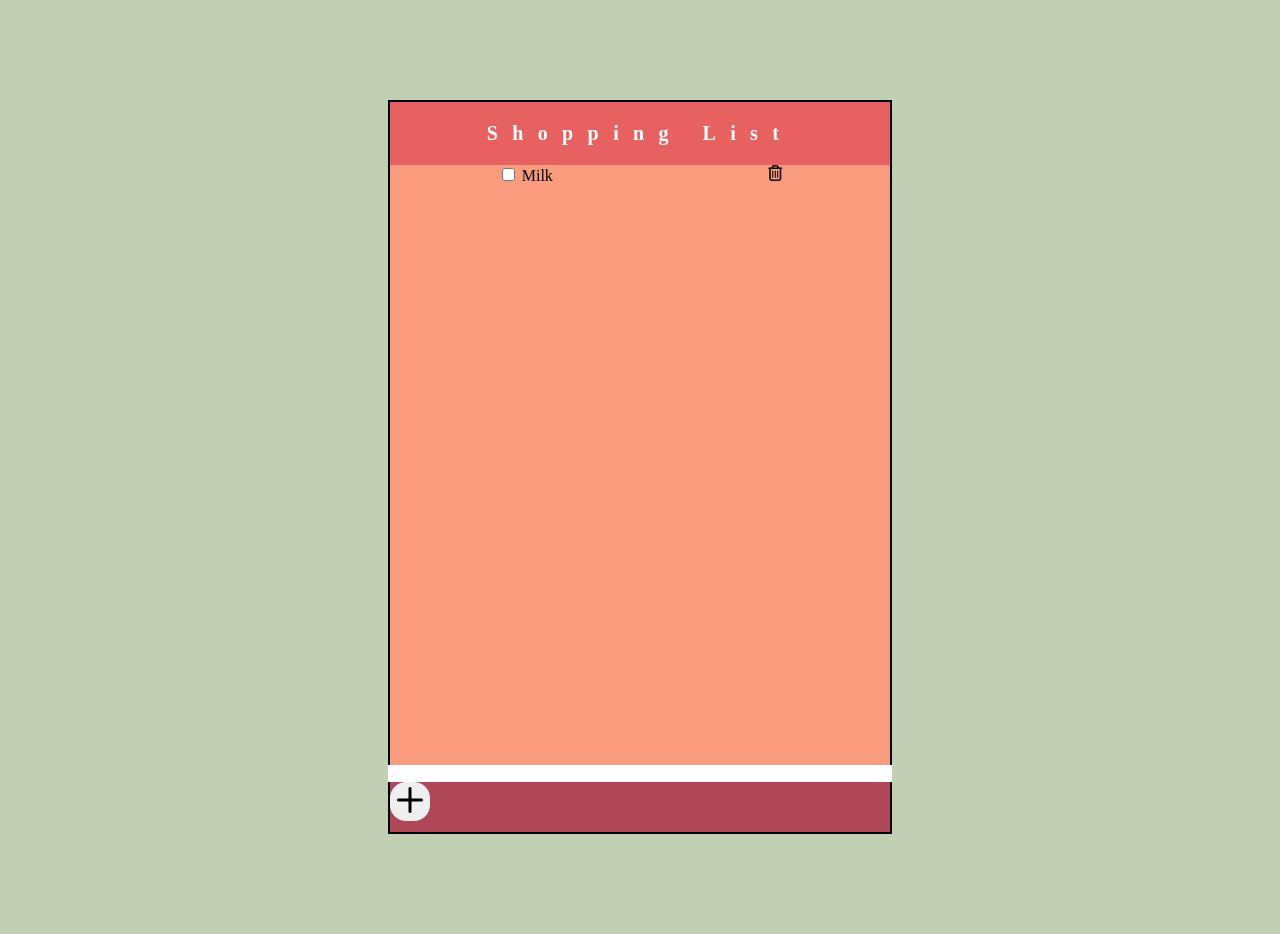
Repository: sephinejo/shopping-list-app
Page: index.html
An editor plug-in stored every save of this project. The page is shown before and after the next save, followed by the edit.
The browser window is 1280 px wide. The pictures show the whole page.
Some web fonts or font styles are not loaded; a fallback is used. Some web libraries are served in a nearby version.

Above is the page before, as saved 2023-05-11 22:32:43.

### index.html
<!DOCTYPE html>
<html lang="en">
  <head>
    <meta charset="UTF-8" />
    <meta http-equiv="X-UA-Compatible" content="IE=edge" />
    <meta name="viewport" content="width=device-width, initial-scale=1.0" />
    <title>Shopping List 🛍️🛒</title>
    <link rel="preconnect" href="https://fonts.googleapis.com" />
    <link rel="preconnect" href="https://fonts.gstatic.com" crossorigin />
    <link rel="preconnect" href="https://fonts.googleapis.com" />
    <link rel="preconnect" href="https://fonts.gstatic.com" crossorigin />
    <link rel="preconnect" href="https://fonts.googleapis.com" />
    <link rel="preconnect" href="https://fonts.gstatic.com" crossorigin />
    <link rel="preconnect" href="https://fonts.googleapis.com" />
    <link rel="preconnect" href="https://fonts.gstatic.com" crossorigin />
    <link
      href="https://fonts.googleapis.com/css2?family=Alice&family=Open+Sans:wght@300;400;700;800&family=Raleway:wght@400;600;700;800&family=Roboto+Mono:wght@300;400;500;700&family=Roboto:wght@400;500&family=Ubuntu:wght@400;700&display=swap"
      rel="stylesheet"
    />
    <script
      src="https://kit.fontawesome.com/9ac80604cb.js"
      crossorigin="anonymous"
    ></script>
    <link rel="stylesheet" href="style.css" />
    <script src="main.js" defer></script>
  </head>
  <body>
    <div class="container">
      <header>
        <p class="title">Shopping List</p>
      </header>
      <main>
        <ul class="items">
          <li class="item">
            <div class="item__title">
              <input class="checkbox" type="checkbox" />
              <label for="item__name">Milk</label>
            </div>
            <div class="item__delete">
              <i class="fa-regular fa-trash-can"></i>
            </div>
          </li>
        </ul>
      </main>
      <input class="input" type="text" />
      <footer>
        <button class="add">
          <i class="fa-regular fa-plus"></i>
        </button>
      </footer>
    </div>
  </body>
</html>

### style.css
body {
  margin: 0 auto;
  background-color: #c1d0b5;
}

.container {
  margin: 100px auto;
  width: 500px;
  border: 2px solid black;
  display: flex;
  flex-direction: column;
  align-items: center;
}

header {
  width: 100%;
  text-align: center;
  font-family: 'Alice';
  color: white;
  letter-spacing: 0.9rem;
  font-weight: 700;
  font-size: 20px;
  background-color: #e76161;
}

main {
  background-color: #f99b7d;
  width: 100%;
  height: 600px;
}

ul {
  margin: 0;
  padding: 0;
}

li {
  list-style: none;
  display: flex;
  justify-content: space-around;
}

.input {
  width: 100%;
  border-style: none;
}

footer {
  height: 50px;
  background-color: #b04759;
  width: 100%;
}

button {
  border-style: none;
  border-radius: 1rem;
  cursor: pointer;
  font-size: 2rem;
  text-align: center;
}

Loaded but not shown: main.js (no copy from this time; the picture is the same without it)

After the next save:
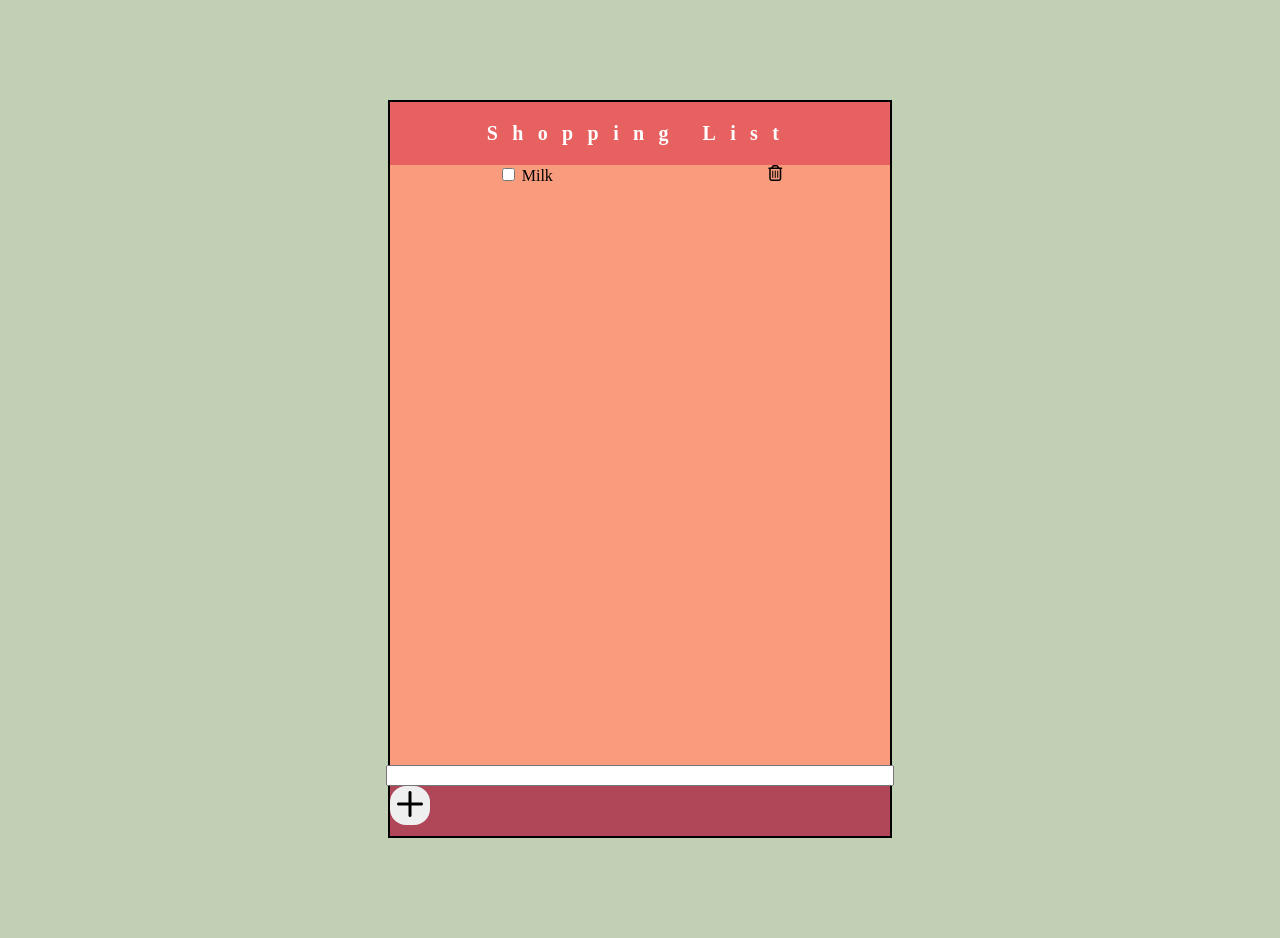
Saved 14 s later.
--- a/style.css
+++ b/style.css
@@ -42,7 +42,6 @@ li {
 
 .input {
   width: 100%;
-  border-style: none;
 }
 
 footer {
